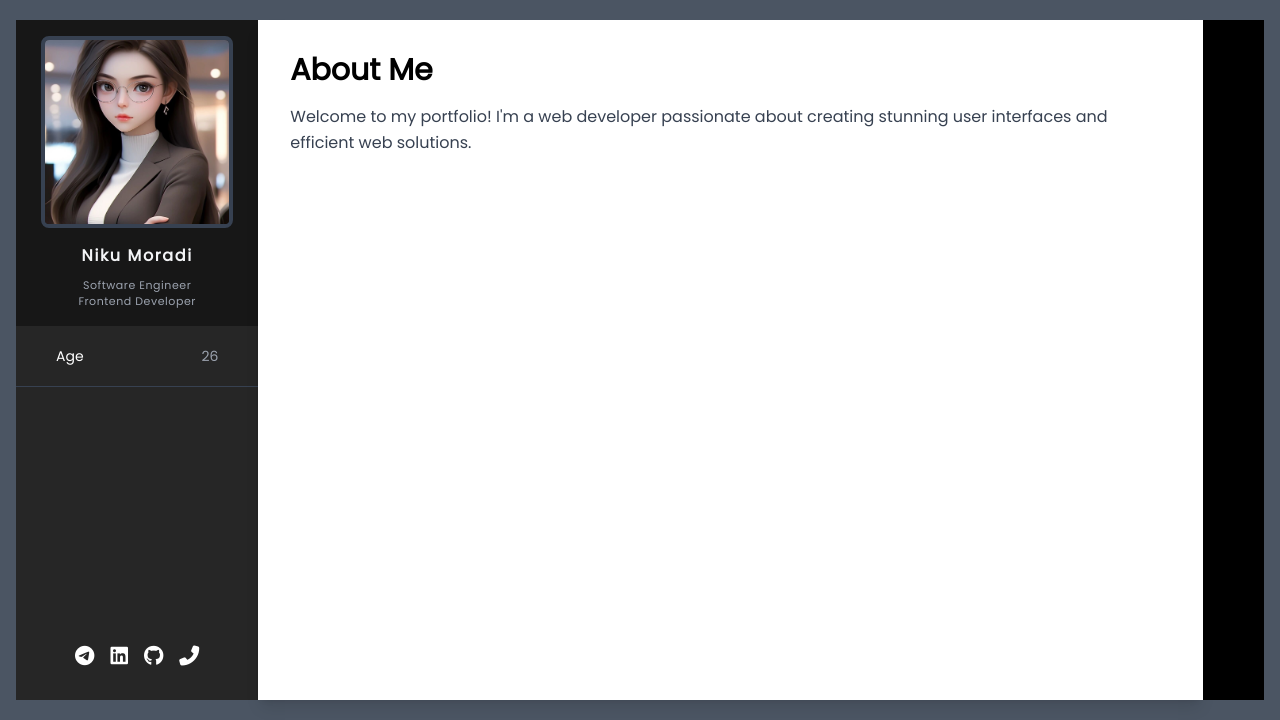
Repository: NikuMoradi/niku-moradi
Page: /
An editor plug-in stored every save of this project. The page is shown before and after the next save, followed by the edit.
The browser window is 1280 px wide. The pictures show the whole page.
The project was rebuilt for these pictures with package versions that can differ from the ones it lists, and the page was loaded fresh each time. The framework's server and built-in components were replaced by stand-ins that run in the browser. Also part of the build but not shown: nuxt.config.ts, components/Blog Posts/Component-Design.vue, components/Blog.vue, components/Contact.vue, components/Education.vue, components/Experience.vue, components/Hero.vue, components/Menu.vue and 3 more.

Above is the page before, as saved 2024-11-29 10:42:52.

### assets/css/main.css
@tailwind base;
@tailwind components;
@tailwind utilities;

body {
  /* From https://css.glass */
  background: #ffffff;
  font-family: "Poppins", sans-serif;
}

@layer utilities {
}

### components/LeftPanel.vue
<template>
  <div
    class="bg-neutral-800 text-white w-80 flex flex-col"
    style="height: calc(100vh - 40px)"
  >
    <!-- Header-->
    <div class="p-4 flex flex-col items-center justify-center bg-neutral-900">
      <img
        src="../assets/img/photo_2024-11-28_10-37-05.jpg"
        alt="Profile Picture"
        class="w-48 h-48 mb-5 rounded-lg border-4 border-gray-700 object-cover object-center"
      />
      <h2
        class="text-gray-100 text-[16px] font-semibold tracking-widest leading-[16.8px] mb-3"
      >
        Niku Moradi
      </h2>
      <p
        class="text-gray-400 text-[11px] font-light tracking-wider leading-[16.5px]"
      >
        Software Engineer
      </p>
      <p
        class="text-gray-400 text-[11px] font-light tracking-wider leading-[16.5px]"
      >
        Frontend Developer
      </p>
    </div>

    <!-- table -->
    <div class="px-10 py-5 text-sm border-b border-gray-700">
      <ul>
        <li class="flex flex-row justify-between">
          <h6>Age</h6>
          <span class="text-gray-400">26</span>
        </li>
      </ul>
    </div>

    <!-- Social Links -->
    <div class="py-8 text-center mt-auto text-white">
      <div class="space-x-4">
        <a
          href="https://t.me/yourusername"
          target="_blank"
          class="text-white hover:text-blue-400"
        >
          <i class="fab fa-telegram fa-lg"></i>
        </a>
        <a
          href="https://linkedin.com/in/yourusername"
          target="_blank"
          class="text-white hover:text-blue-600"
        >
          <i class="fab fa-linkedin fa-lg"></i>
        </a>
        <a
          href="https://github.com/yourusername"
          target="_blank"
          class="text-white hover:text-gray-700"
        >
          <i class="fab fa-github fa-lg"></i>
        </a>
        <a href="tel:+1234567890" class="text-white hover:text-green-400">
          <i class="fas fa-phone-alt fa-lg"></i>
        </a>
      </div>
    </div>
  </div>
</template>

### components/RightPanel.vue
<template>
  <div class="bg-black w-20" style="height: calc(100vh - 40px)"></div>
</template>

### layouts/default.vue
<template>
  <div class="flex justify-center items-center min-h-screen bg-gray-600 px-4">
    <LeftPanel />

    <!-- Fixed Width Centered Card -->
    <div
      class="bg-white shadow-lg w-full max-w-5xl overflow-hidden"
      style="height: calc(100vh - 40px)"
    >
      <!-- Scrollable Content -->
      <div class="overflow-y-auto h-full scrollbar-hide">
        <NuxtPage />
      </div>
    </div>
    <!-- Right Panel -->
    <RightPanel />
  </div>
</template>

<style>
/* Add any custom global styles here */
body {
  background: linear-gradient(to bottom, #f0f0f0, #d0d0d0);
}
</style>

### app.vue
<!-- The app.vue is just holding the layout container and serving as the root.
 The default.vue layout handles the overall structure of the page.
All content from your pages will automatically be placed inside the NuxtPage slot of the layout.-->
<template>
  <NuxtLayout />
</template>

### pages/index.vue
<template>
  <div class="p-8">
    <h1 class="text-3xl font-bold mb-4">About Me</h1>
    <p class="text-gray-700 leading-relaxed">
      Welcome to my portfolio! I'm a web developer passionate about creating
      stunning user interfaces and efficient web solutions.
    </p>
  </div>
</template>

### tailwind.config.js
/** @type {import('tailwindcss').Config} */
export default {
  content: [
    "./components/**/*.{js,vue,ts}",
    "./layouts/**/*.vue",
    "./pages/**/*.vue",
    "./plugins/**/*.{js,ts}",
    "./app.vue",
    "./error.vue",
  ],
  theme: {
    extend: {},
  },
  plugins: [require("tailwind-scrollbar-hide")],
};

Loaded but not shown: plugins/aos.client.js (no copy from this time; the picture is the same without it)

After the next save:
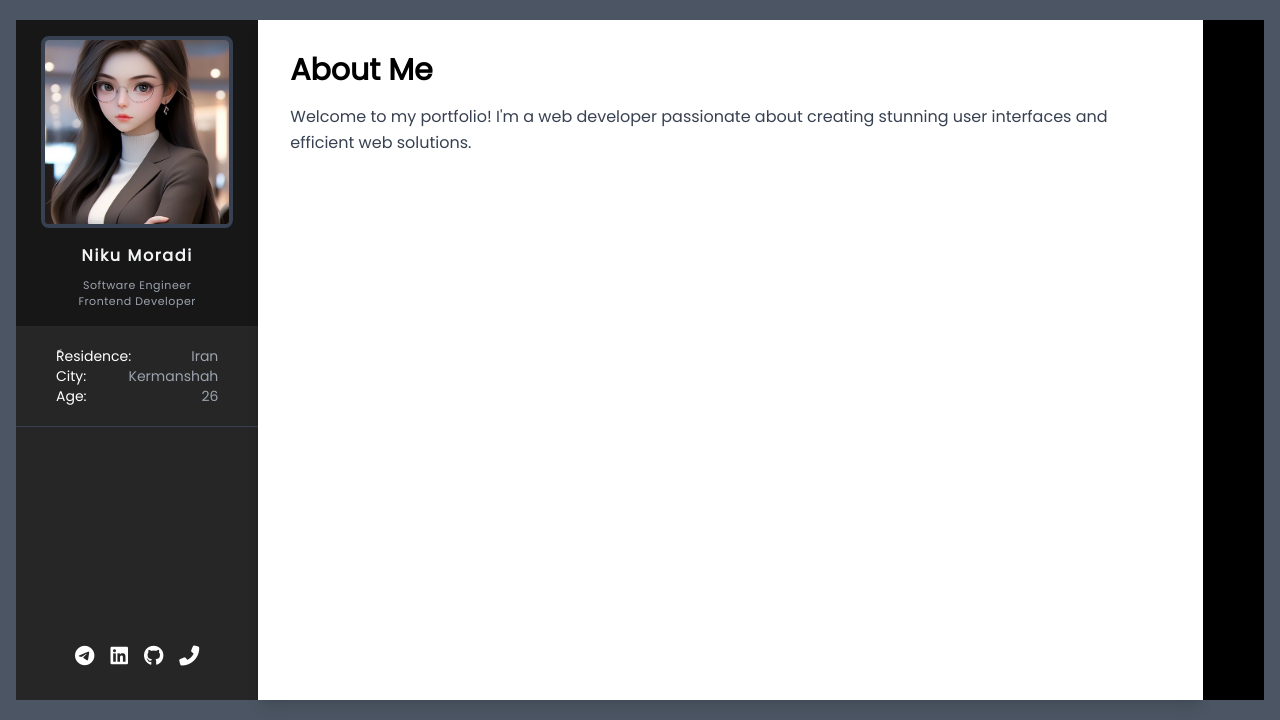
Saved 101 s later.
--- a/components/LeftPanel.vue
+++ b/components/LeftPanel.vue
@@ -31,7 +31,15 @@
     <div class="px-10 py-5 text-sm border-b border-gray-700">
       <ul>
         <li class="flex flex-row justify-between">
-          <h6>Age</h6>
+          <h6>ًResidence:</h6>
+          <span class="text-gray-400">Iran</span>
+        </li>
+        <li class="flex flex-row justify-between">
+          <h6>City:</h6>
+          <span class="text-gray-400">Kermanshah</span>
+        </li>
+        <li class="flex flex-row justify-between">
+          <h6>Age:</h6>
           <span class="text-gray-400">26</span>
         </li>
       </ul>
